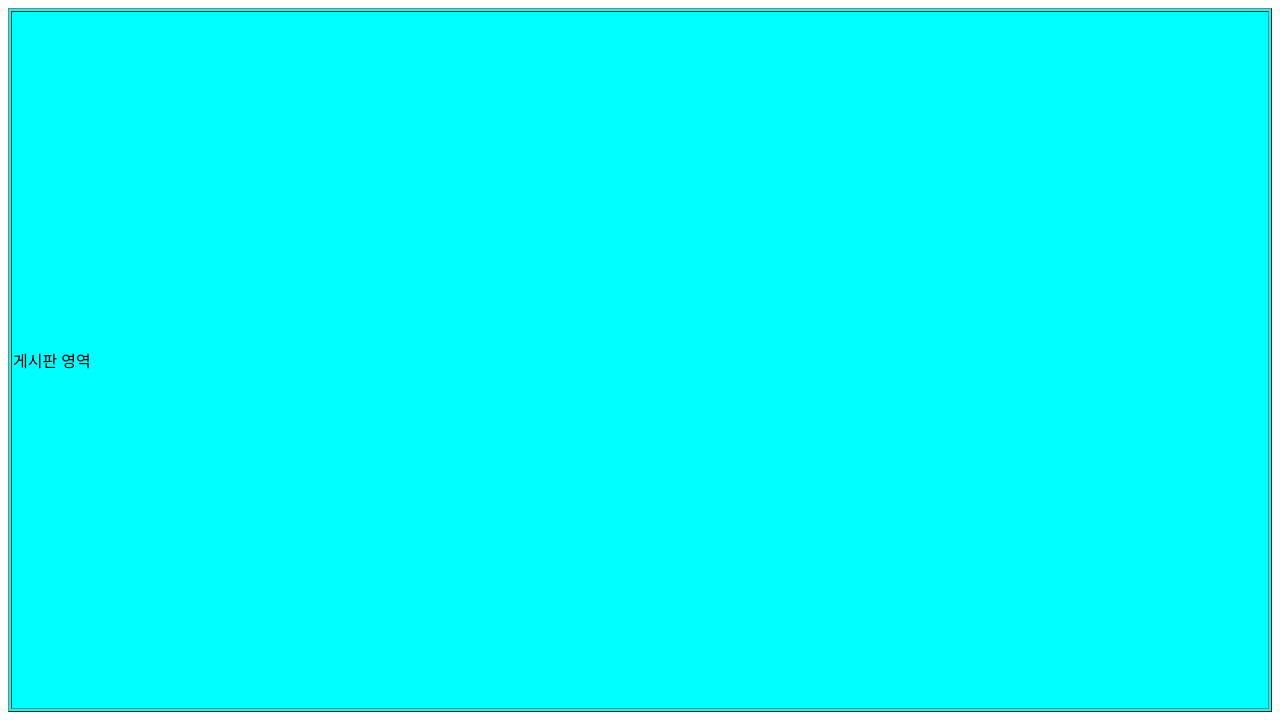
Repository: Kojonghoon/Workspace_java
Page: http://localhost/20221228/ajax/news/board.jsp
The author's editor kept a copy of each file at every save. The page is drawn from the files as they stood at one save, then again after the next save.
The browser window is 1280 px wide. The pictures show the whole page.
The page is served by Tomcat 9. Other server files are loaded and not shown.

Above is the page before, as saved 2023-02-10 02:56:34.

### 20221228/src/main/webapp/ajax/news/board.jsp
<%@ page language="java" contentType="text/html; charset=UTF-8"
    pageEncoding="UTF-8"%>
<table border="1" width="100%" height="100%"style="background-color: cyan">
	<tr>
		<td>게시판 영역</td>
	</tr>
</table>

After the next save:
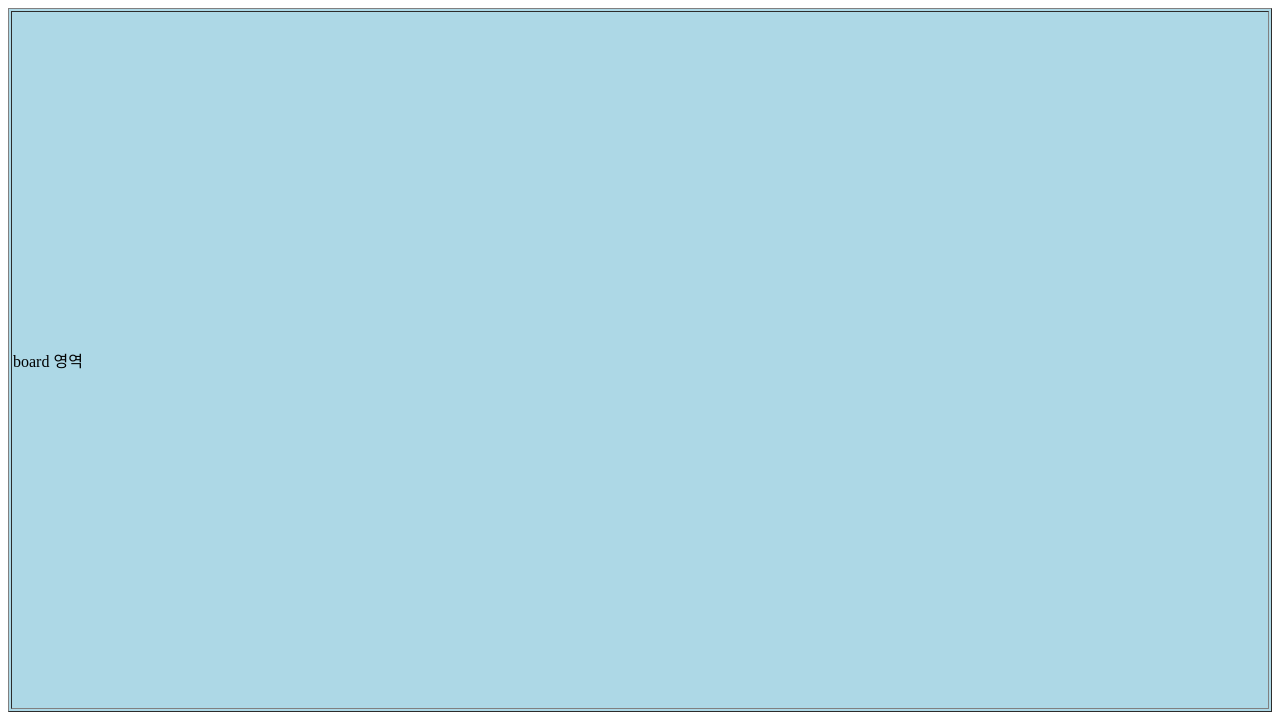
Saved 11 s later.
--- a/20221228/src/main/webapp/ajax/news/board.jsp
+++ b/20221228/src/main/webapp/ajax/news/board.jsp
@@ -1,7 +1,7 @@
 <%@ page language="java" contentType="text/html; charset=UTF-8"
     pageEncoding="UTF-8"%>
-<table border="1" width="100%" height="100%"style="background-color: cyan">
-	<tr>
-		<td>게시판 영역</td>
-	</tr>
+<table border="1" width="100%" height="100%" style = "background-color:lightblue">
+  <tr>
+    <td>board 영역</td>
+  </tr>
 </table>
